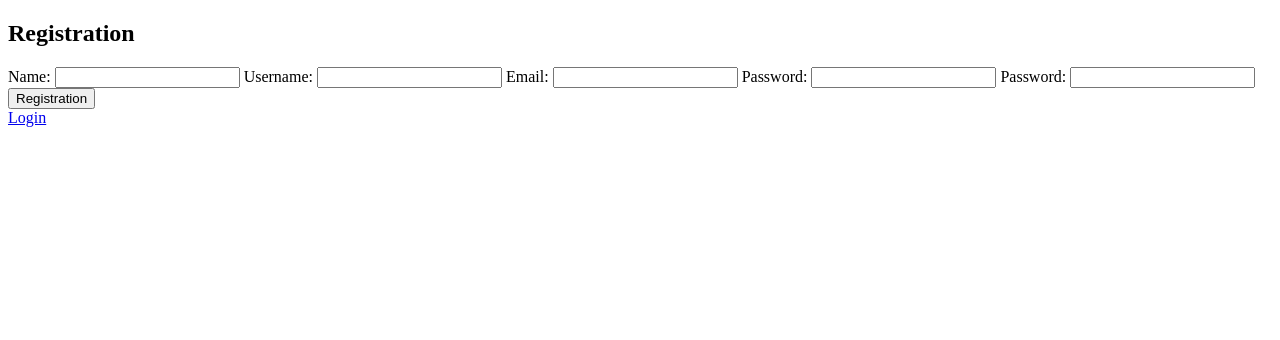
Repository: Acharya-Keerthana/Education
Page: http://localhost/registration.php
These files come from the project's save history. The page is drawn as it stood at one moment and after the next save; the edit follows.
The browser window is 1280 px wide. The pictures show the whole page.
The page is run by PHP 8.4 with error messages shown; the project is at /var/www/html/.

Above is the page before, as saved 2024-04-11 19:44:51.

### reglog/registration.php
<?php
require 'config.php';
if(isset($_POST["submit"])){
    $name=$_POST["name"];
    $username=$_POST["username"];
    $email=$_POST["email"];
    $password=$_POST["password"];
    $confirmpassword =$_POST["comfirmpassword"];
    $duplicate = mysqli_query($conn, "SELECT * FROM tb_user WHERE username = '$username' OR email='$email'");
    if(mysqli_num_rows($duplicate)>0){
        echo "<script> alert('Username or Email Has Already Taken'); </script>";
    }
    else{
        if($password == $confirmpassword){
            $query = "INSERT INTO tb_user VALUES('','$name','$username','$email','$password')";
            mysqli_query($conn,$query);
            echo "<script> alert('Registration successful'); </script>";
        }
        else{
            echo "<script> alert('Password Doesn't match'); </script>";
        }
    }
}
?>

<!DOCTYPE html>
<html lang="en">
<head>
    <meta charset="UTF-8">
    <meta name="viewport" content="width=device-width, initial-scale=1.0">
    <title>Registration</title>
</head>
<body>
    <h2>Registration</h2>
    <form action="" class="" method="post" autocomplete="off">
    <label for="name">Name:</label>
    <input type="text" name="name" id="name"  required value="">
    <label for="username">Username:</label>
    <input type="text" name="usernamename" id="username"  required value="">
    <label for="email">Email:</label>
    <input type="email" name="email" id="email"  required value="">
    <label for="password">Password:</label>
    <input type="password" name="password" id="password"  required value="">
    <label for="comfirmpassword">Password:</label>
    <input type="password" name="comfirmpassword" id="comfirmpassword"  required value="">
    <button type="submit" name="submit">Registration</button>
    </form>
    <a href="login.php">Login</a>
</body>
</html>

### reglog/config.php
<?php
session_start();
$conn=mysqli_connect("localhost","root","","db");
?>

After the next save:
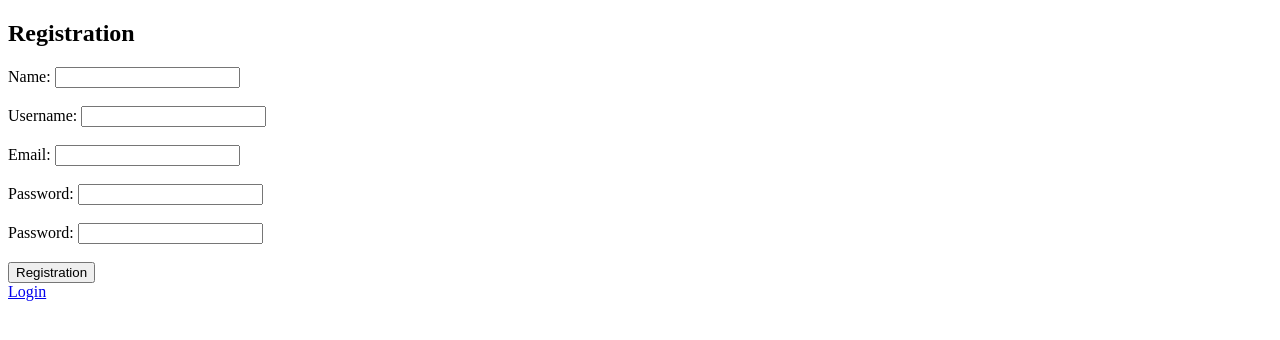
Saved 38 s later.
--- a/reglog/registration.php
+++ b/reglog/registration.php
@@ -34,15 +34,15 @@ if(isset($_POST["submit"])){
     <h2>Registration</h2>
     <form action="" class="" method="post" autocomplete="off">
     <label for="name">Name:</label>
-    <input type="text" name="name" id="name"  required value="">
+    <input type="text" name="name" id="name"  required value=""><br><br>
     <label for="username">Username:</label>
-    <input type="text" name="usernamename" id="username"  required value="">
+    <input type="text" name="usernamename" id="username"  required value=""><br><br>
     <label for="email">Email:</label>
-    <input type="email" name="email" id="email"  required value="">
+    <input type="email" name="email" id="email"  required value=""><br><br>
     <label for="password">Password:</label>
-    <input type="password" name="password" id="password"  required value="">
+    <input type="password" name="password" id="password"  required value=""><br><br>
     <label for="comfirmpassword">Password:</label>
-    <input type="password" name="comfirmpassword" id="comfirmpassword"  required value="">
+    <input type="password" name="comfirmpassword" id="comfirmpassword"  required value=""><br><br>
     <button type="submit" name="submit">Registration</button>
     </form>
     <a href="login.php">Login</a>
